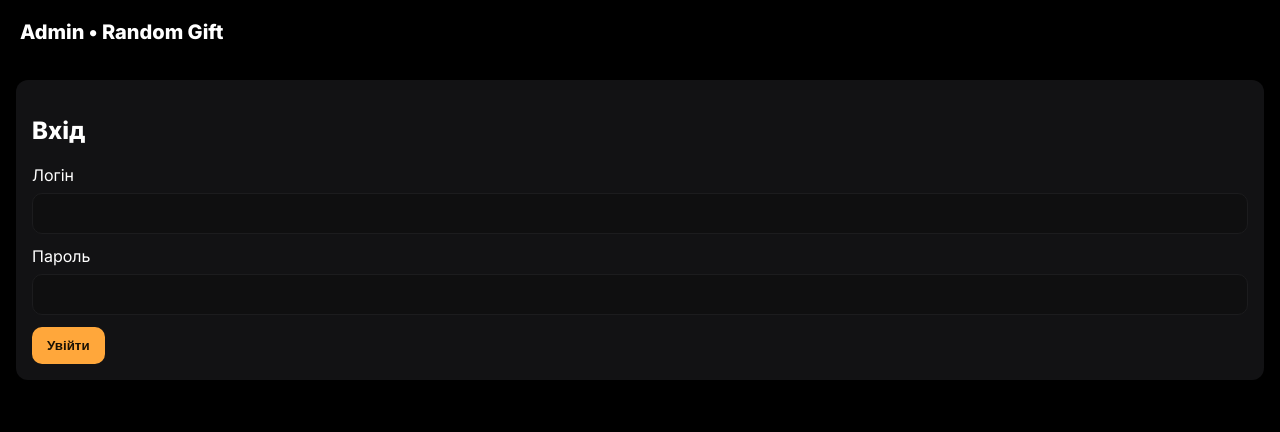
Repository: torunok/random-gift-roman
Page: docs/admin.html
The author's editor kept a copy of each file at every save. The page is drawn from the files as they stood at one save, then again after the next save.
The browser window is 1280 px wide. The pictures show the whole page.

Above is the page before, as saved 2025-11-10 20:12:05.

After the next save:
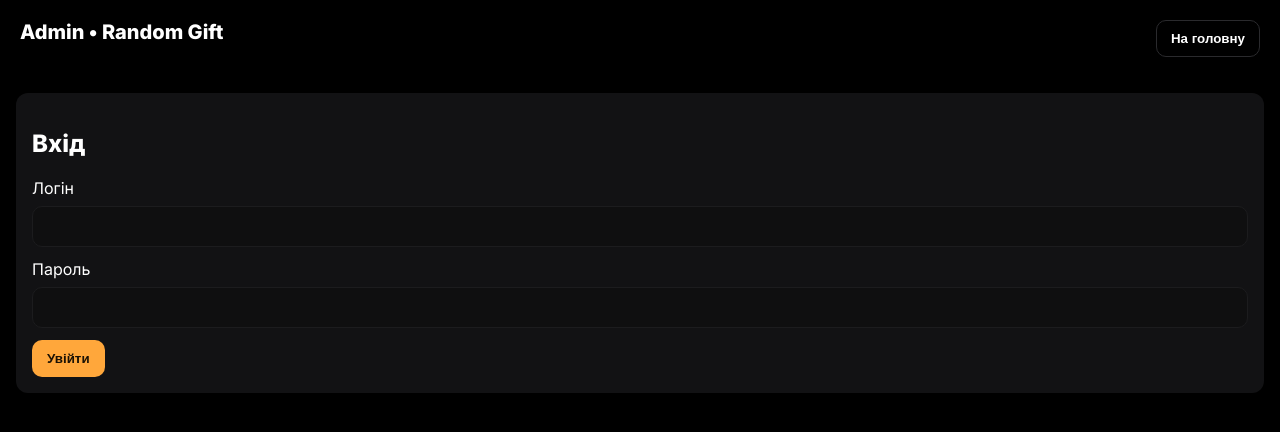
Saved 64 s later.
--- a/docs/admin.html
+++ b/docs/admin.html
@@ -40,6 +40,7 @@
     <div class="admin">
       <header class="header header--admin">
         <h1>Admin • Random Gift</h1>
+        <button class="btn btn-ghost" onclick="window.location.href='index.html'">На головну</button>
       </header>
 
       <main class="admin-main">

After the save that followed:
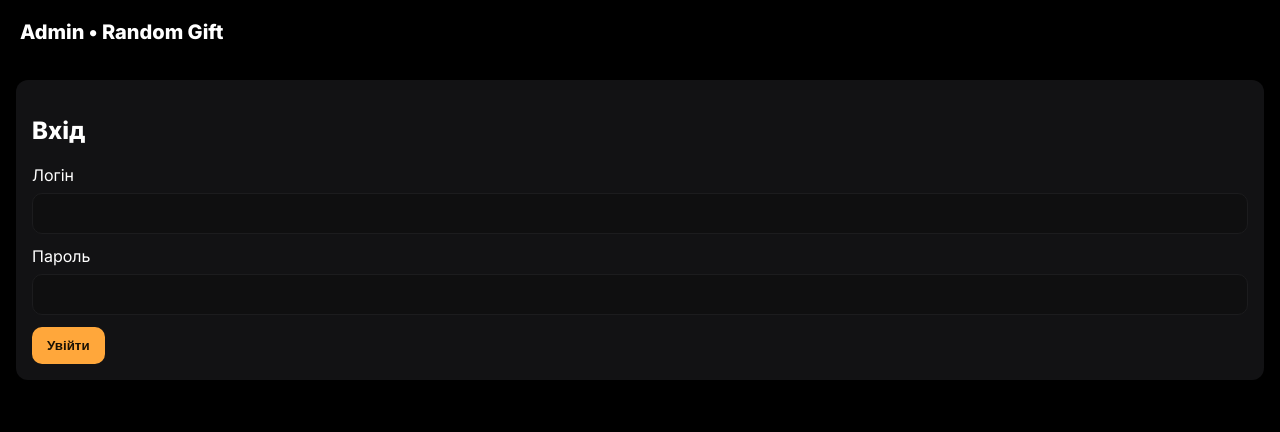
Saved 11 min 54 s later.
--- a/docs/admin.html
+++ b/docs/admin.html
@@ -40,7 +40,6 @@
     <div class="admin">
       <header class="header header--admin">
         <h1>Admin • Random Gift</h1>
-        <button class="btn btn-ghost" onclick="window.location.href='index.html'">На головну</button>
       </header>
 
       <main class="admin-main">
